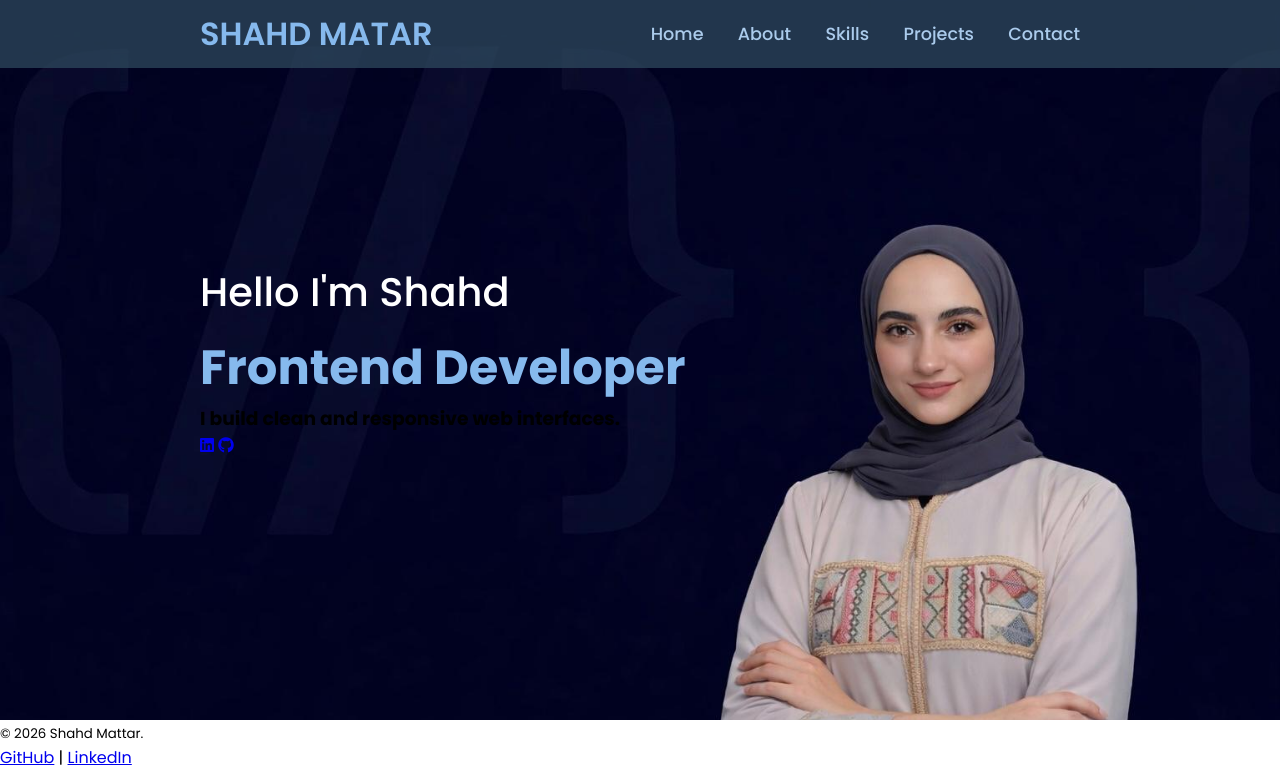
Repository: shahdmattar/personal-landing-page
Page: index.html
These files come from the project's save history. The page is drawn as it stood at one moment and after a run of saves; the edit follows.
The browser window is 1280 px wide. The pictures show the whole page.
Backgrounds fixed to the window are drawn as part of the page.

Above is the page before, as saved 2026-04-15 11:42:34.

### index.html
<!doctype html>
<html lang="en">
  <head>
    <meta charset="UTF-8" />
    <meta name="viewport" content="width=device-width, initial-scale=1.0" />
    <title>Shahd Matar | Personal Landing Page</title>
    <meta
      name="description"
      content="Personal landing page of Shahd Matar, Computer Engineering student and frontend learner."
    />
    <link
      rel="stylesheet"
      href="https://cdnjs.cloudflare.com/ajax/libs/font-awesome/6.0.0/css/all.min.css"
    />
    <link rel="stylesheet" href="style.css" />
    <!-- <link rel="stylesheet" href="test.css"> -->
  </head>

  <body>
    <header>
      <a href="#" class="logo">Shahd Matar</a>
      <nav class="navgation">
        <a href="#hero">Home</a>
        <a href="#about">About</a>
        <a href="#skills">Skills</a>
        <a href="#projects">Projects</a>
        <a href="#contact">Contact</a>
      </nav>
    </header>


      <section class="main">
        <div>
          <h2>Hello I'm Shahd<br> <span>Frontend Developer</span></h2>
          <h3>I build clean and responsive web interfaces.</h3>
          <div class="social-icons">
            <a href="https://www.linkedin.com/in/shahd-matar-957608368"><i class="fab fa-linkedin"></i></a>
            <a href="https://github.com/shahdmattar"><i class="fab fa-github"></i></a>
          </div>
        </div>
      </section>


    <!-- Footer -->
    <footer>
      <p><small> &copy; 2026 Shahd Mattar.</small></p>
      <p>
        <a
          href="https://github.com/shahdmattar"
          target="_blank"
          rel="noopener noreferrer"
          >GitHub</a
        >
        |
        <a
          href="https://www.linkedin.com/in/shahd-matar-957608368"
          target="_blank"
          rel="noopener noreferrer"
          >LinkedIn</a
        >
      </p>
    </footer>
  </body>
</html>

### style.css
@import url('https://fonts.googleapis.com/css2?family=Dancing+Script:wght@400..700&family=Poppins:ital,wght@0,100;0,200;0,300;0,400;0,500;0,600;0,700;0,800;0,900;1,100;1,200;1,300;1,400;1,500;1,600;1,700;1,800;1,900&display=swap');

* {
  font-family:"Poppins", sans-serif;
  margin: 0;
  padding: 0;
  box-sizing: border-box;
  scroll-behavior:smooth;
}

header{
  width:100%;
  background-color:rgba(49, 76, 97, 0.709);
  position:fixed;
  display:flex;
  justify-content: space-between;
  align-items:center;
  z-index: 999;
  padding:10px 200px;
}

.logo{
  text-decoration:none;
  text-transform:uppercase;
  color:#86b9ed;
  font-size:2rem;
  font-weight:600;
}

.navgation a{
  color:#abcbec;
  text-decoration:none;
  font-size:1.1rem;
  font-weight:500;
  padding-left:30px;
}

.navgation a:hover{
  color:#2e6fab;
  font-size:1.15rem;
  /* font-weight:600; */
}

section{
   padding:200px 200px;
}
.main{
  width:100%;
  min-height:100vh;
  display:flex;
  align-items:center;
  background:url(images/back.jpeg);
  background-repeat:no-repeat;
  background-size:cover;
  background-position:center;
  background-attachment: fixed;
}

.main h2{
  color:#fff;
  font-size:2.5rem;
  font-weight:500;
}

.main h2 span{
  display:inline-block;
  margin-top: 10px;
  color:#86b9ed;
  font-size:3rem;
  font-weight:700;
}

After the next 4 saves:
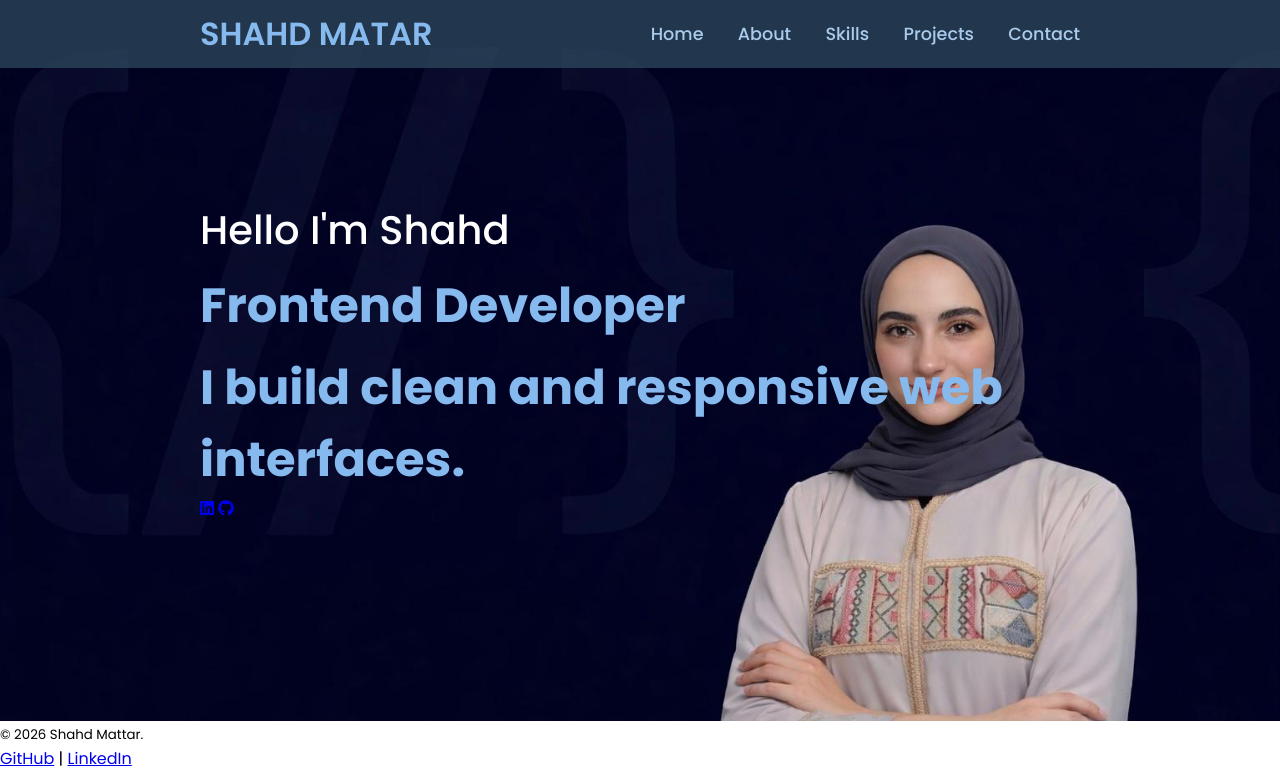
The 4 saves are shown as one change because they came seconds apart.
The last was saved 18 s later.
--- a/style.css
+++ b/style.css
@@ -69,3 +69,11 @@ section{
   font-size:3rem;
   font-weight:700;
 }
+
+.main h3 {
+  display:inline-block;
+  margin-top: 10px;
+  color:#86b9ed;
+  font-size:3rem;
+  font-weight:700;
+}
